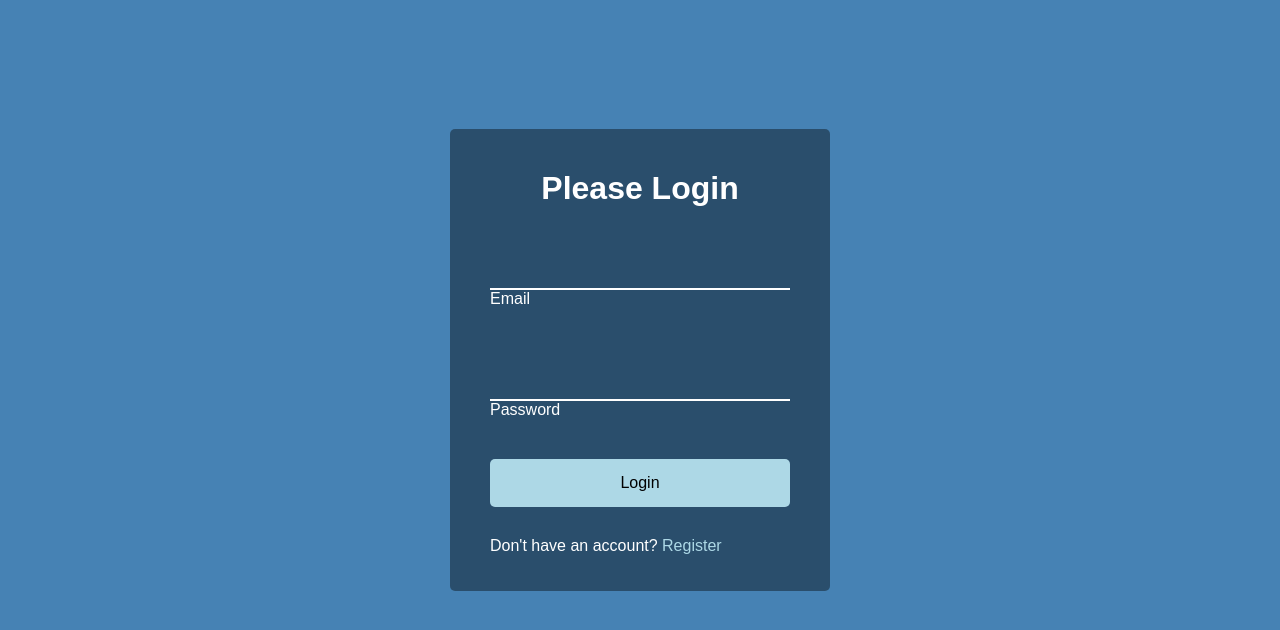
Repository: MMXiaohang/50projects50days-copy
Page: 8-form-input-wave/1-index.html
These files come from the project's save history. The page is drawn as it stood at one moment and after the next save; the edit follows.
The browser window is 1280 px wide. The pictures show the whole page.
Some web fonts or font styles are not loaded; a fallback is used.

Above is the page before, as saved 2022-07-06 00:03:37.

### 8-form-input-wave/1-index.html
<!DOCTYPE html>
<html lang="en">
  <head>
    <meta charset="UTF-8" />
    <meta name="viewport" content="width=device-width, initial-scale=1.0" />
    <link rel="stylesheet" href="1-style.css" />
    <title>Form Input Wave</title>
  </head>
  <body>
    <div class="container">
      <h1>Please Login</h1>
      <form>
        <div class="form-control">
          <input type="text" required>
          <label>Email</label>
        </div>
        <div class="form-control">
          <input type="password" required>
          <label>Password</label>
        </div>
        <button class="btn">Login</button>
        <p class="text">Don't have an account? <a href="#">Register</a> </p>
      </form>
    </div>
    <script src="1-script.js"></script>
  </body>
</html>

### 8-form-input-wave/1-style.css
@import url('https://fonts.googleapis.com/css?family=Muli&display=swap');

* {
  box-sizing: border-box;
}

body{
    background-color: steelblue;
    color:#fff;
    font-family: 'Muli', sans-serif;
    display: flex;
    flex-direction: column;
    justify-content: center;
    align-items: center;
    height: 100vh;
    overflow: hidden;
    margin: 0;
}

.container{
    background-color: rgba(0, 0, 0, 0.4);
    padding: 20px 40px;
    border-radius: 5px;
}

.container h1{
    text-align: center;
    margin-bottom: 30px;
}

.container a{
    text-decoration: none;
    color: lightblue;
}

.btn {
    cursor: pointer;
    display: inline-block;
    width: 100%;
    background-color: lightblue;
    font-family: inherit;
    padding: 15px;
    font-size: 16px;
    border: 0;
    border-radius: 5px;
}

.btn:focus{
    outline: 0;
}

.btn:active{
    transform: scale(0.98);
}

.text {
    margin-top: 30px;
}

.form-control {
    position: relative;
    margin: 20px 0 40px;
    width: 300px;
}

.form-control input{
    background-color: transparent;
    border: 0;
    border-bottom: 2px #fff solid;
    display: block;
    width: 100%;
    padding: 15px 0;
    font-size: 18px;
    color: #fff;
}

.form-control input:focus,
.form-control input:valid {
  outline: 0;
  border-bottom-color: lightblue;
}

Loaded but not shown: 8-form-input-wave/1-script.js (no stored copy; drawn as an empty file)

After the next save:
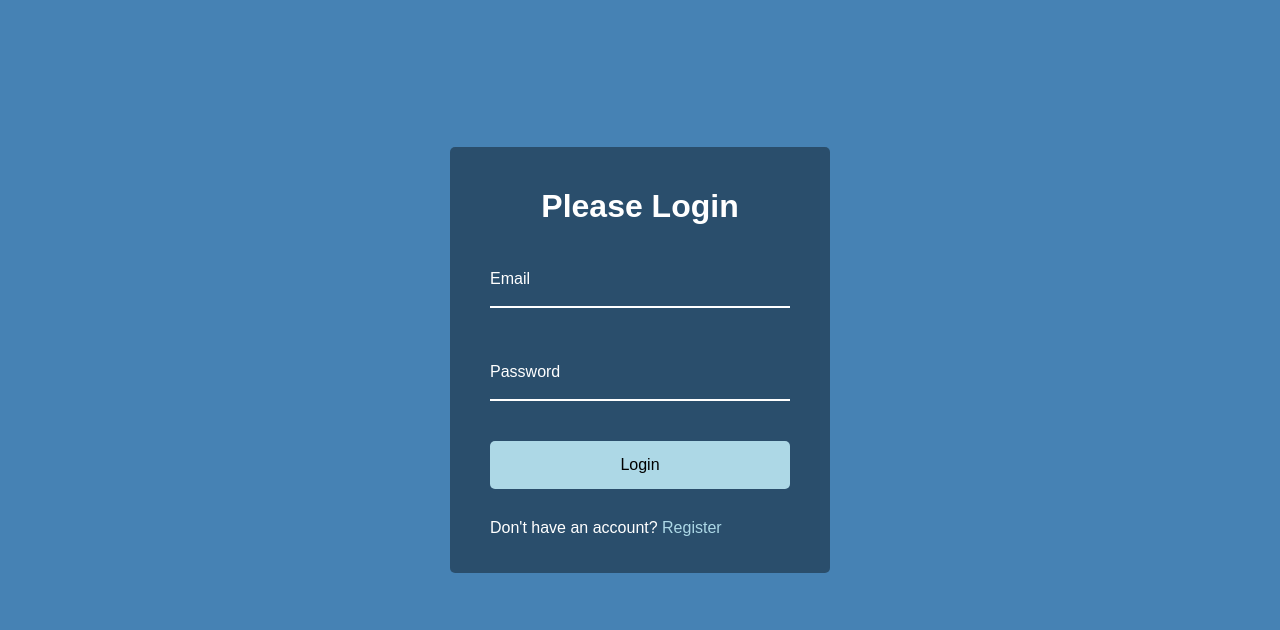
Saved 39 s later.
--- a/8-form-input-wave/1-style.css
+++ b/8-form-input-wave/1-style.css
@@ -79,3 +79,10 @@
   outline: 0;
   border-bottom-color: lightblue;
 }
+
+.form-control label{
+    position: absolute;
+    top: 15px;
+    left: 0;
+    pointer-events: none;
+}
